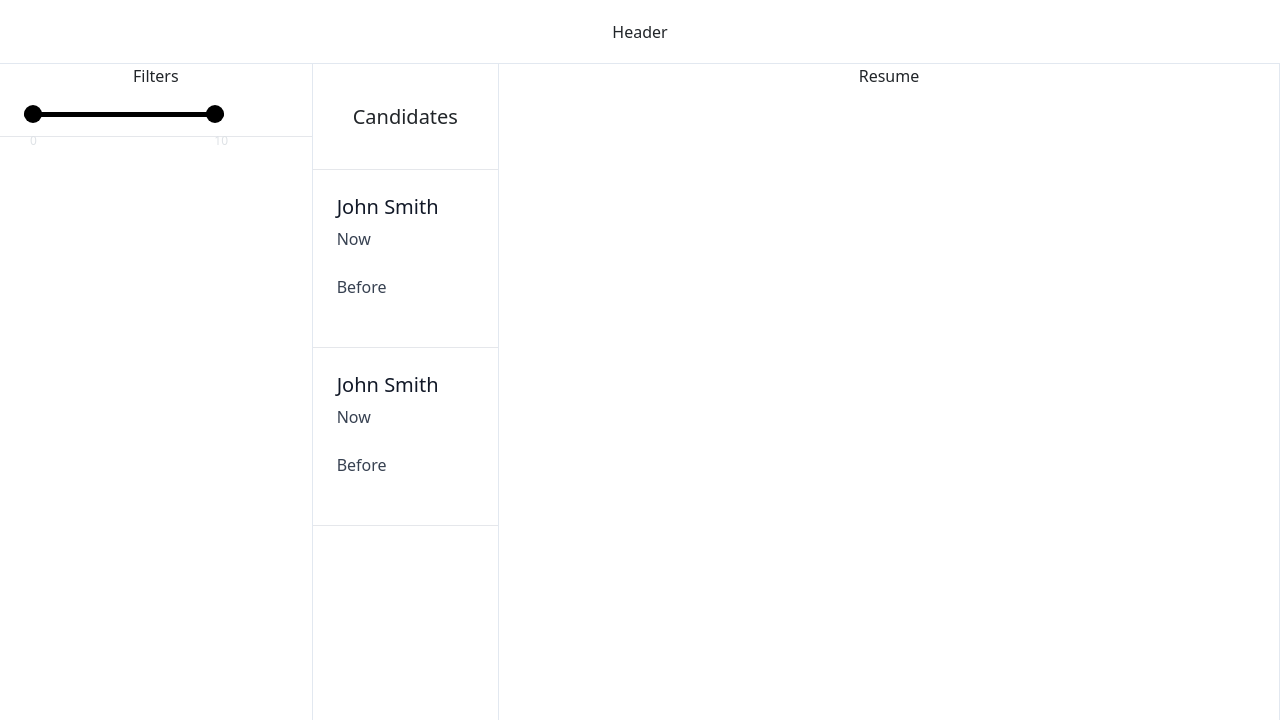
Repository: VictorJPimentel/Resume-Matcher
Page: / (app in frontend/)
The author's editor kept a copy of each file at every save. The page is drawn from the files as they stood at one save, then again after the next save.
The browser window is 1280 px wide. The pictures show the whole page.
The project was rebuilt for these pictures with package versions that can differ from the ones it lists, and the page was loaded fresh each time. Also part of the build but not shown: frontend/src/components/FileUpload.jsx.

Above is the page before, as saved 2022-08-09 21:45:57.

After the next save:
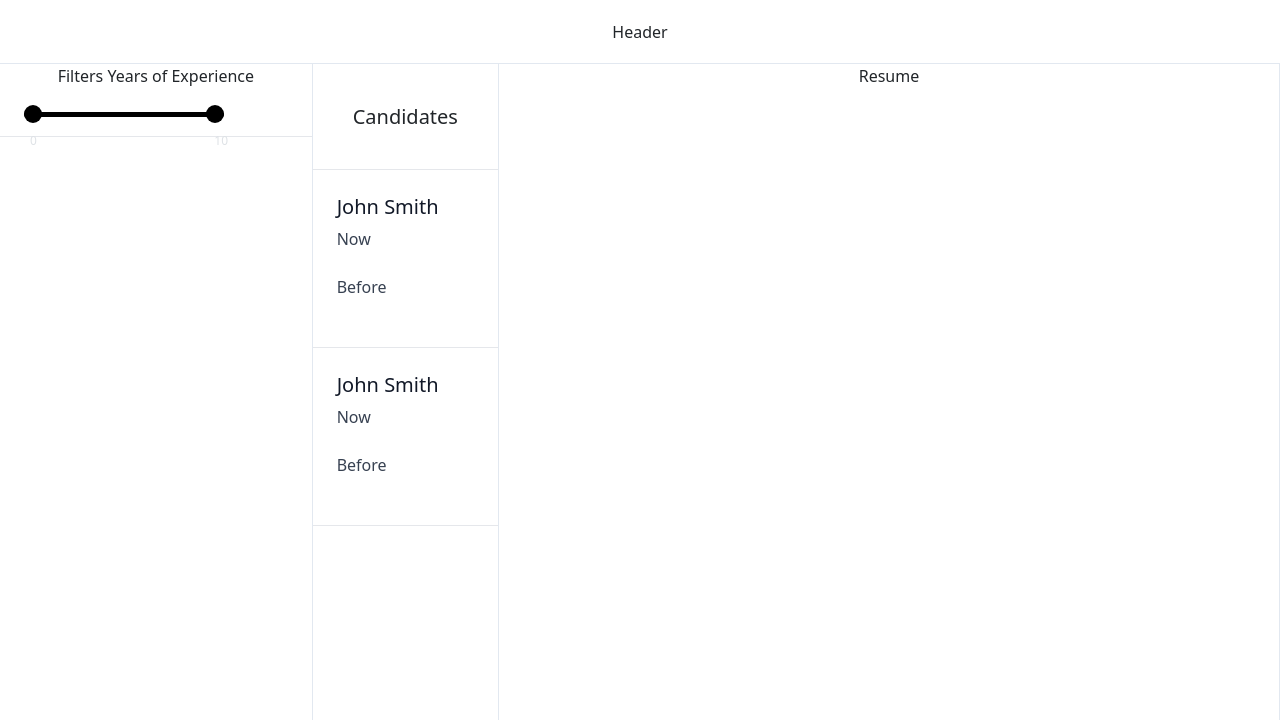
Saved 40 s later.
--- a/frontend/src/components/Filters.jsx
+++ b/frontend/src/components/Filters.jsx
@@ -16,7 +16,7 @@ function Filter() {
       className="flex flex-col z-40 left-0 top-0 h-full no-scrollbar w-2/5 border-r border-slate-200
       text-center "
     >
-      Filters
+      Filters Years of Experience
       <MultiRangeSlider
         min={0}
         max={10}
